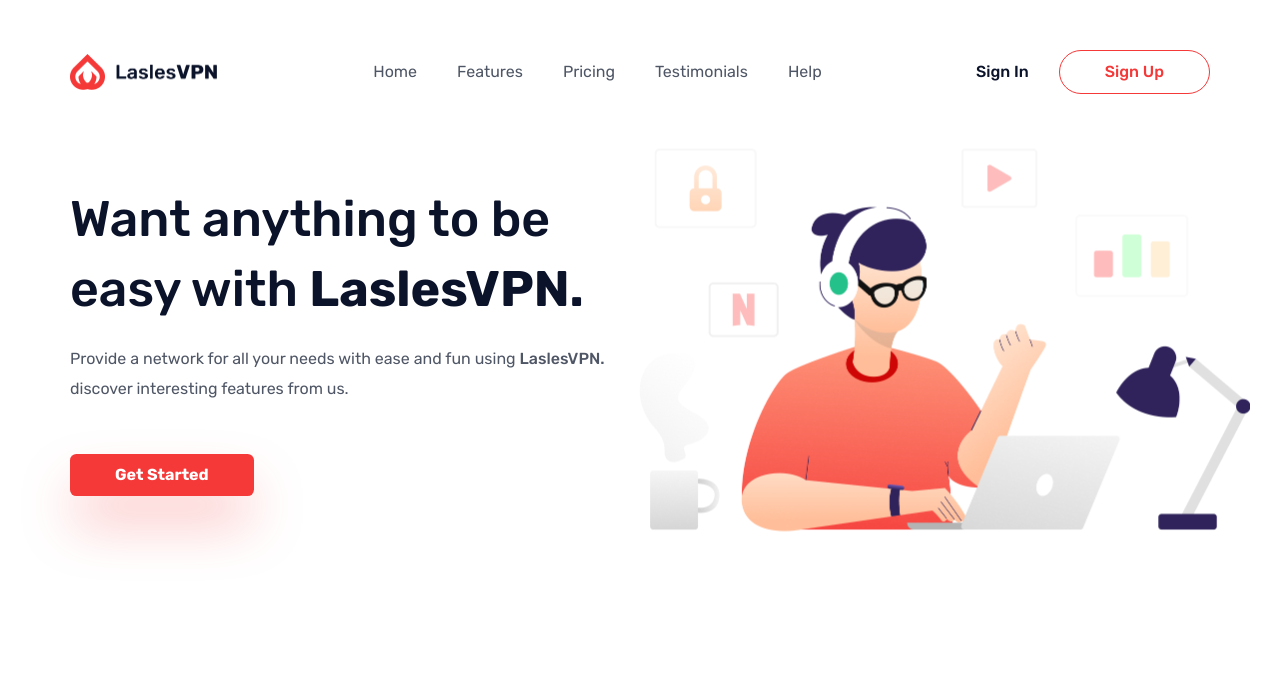
Repository: kebinh1235/lasles-demo
Page: index.html
The author's editor kept a copy of each file at every save. The page is drawn from the files as they stood at one save, then again after the next save.
The browser window is 1280 px wide. The pictures show the whole page.
The style sheet was rebuilt from its Sass, Less or Tailwind sources for each picture, by a compiler version that may differ from the author's.

Above is the page before, as saved 2021-10-31 00:19:26.

### index.html
<!DOCTYPE html>
<html lang="en">
<head>
  <meta charset="UTF-8">
  <meta http-equiv="X-UA-Compatible" content="IE=edge">
  <meta name="viewport" content="width=device-width, initial-scale=1.0">
  <title>Lales VPN</title>
  <!-- Google Font -->
  <link rel="preconnect" href="https://fonts.googleapis.com">
  <link rel="preconnect" href="https://fonts.gstatic.com" crossorigin>
  <link href="https://fonts.googleapis.com/css2?family=Nunito:wght@300;400&family=Rubik:wght@400;500;700&display=swap" rel="stylesheet">
  <!-- CSS -->
  <link rel="stylesheet" href="./css/app.css">
</head>
<body>
  <div class="wrapper">
    <header class="header">
      <div class="container">
        <div class="header__container">
          <img class="header__logo" srcset="./images/logo.png 2x" alt="Logo">
          <ul class="menu">
            <li class="menu-item">
              <a href="#" class="menu-link">Home</a>
            </li>
            <li class="menu-item">
              <a href="#" class="menu-link">Features</a>
            </li>
            <li class="menu-item">
              <a href="#" class="menu-link">Pricing</a>
            </li>
            <li class="menu-item">
              <a href="#" class="menu-link">Testimonials</a>
            </li>
            <li class="menu-item">
              <a href="#" class="menu-link">Help</a>
            </li>
          </ul>
          <div class="header__auth">
            <a href="#" class="header__auth-signin">Sign In</a>
            <a href="#" class="btn btn__outline">Sign Up</a>
          </div>
        </div>
      </div>
    </header>
    <main>
      <section class="hero">
        <div class="container">
          <div class="hero__container">
            <div class="hero__content">
              <h1 class="hero__title">
                Want anything to be easy with <strong>LaslesVPN.</strong>
              </h1>
              <p class="hero__desc">Provide a network for all your needs with ease and fun using <strong>LaslesVPN.</strong> discover interesting features from us.</p>
              <a href="#" class="btn btn__primary">Get Started</a>
            </div>
            <div class="hero__img">
              <img srcset="./images/hero.png 2x" alt="">
            </div>
          </div>
        </div>
      </section>
      <section class="intro">
        <div class="container">
          <div class="intro__container">

          </div>
        </div>
      </section>
    </main>
  </div>
</body>
</html>

### sass/app.scss
@import "variables";
@import "global";
@import "reset";
@import "header";
@import "hero";

### sass/_variables.scss
$font: "Rubik", sans-serif;
$text-color: #4f5665;
$heading-color: #0b132a;
$primary-color: #f53838;
$gray-color: #DDE0E4;
$white-color: #fff;

### sass/_global.scss
.wrapper {
  max-width: 1440px;
  margin: 0 auto;
}
.container {
  max-width: 1170px;
  padding: 0 15px;
  margin: 0 auto;
}
body {
  font-family: $font;
  color: $text-color;
  line-height: 1;
  font-weight: 400;
}
.btn {
  display: inline-block;
  padding: 13px 45px;
  border-radius: 100rem;
  font-family: $font;
  line-height: 1;
  font-weight: 500;
  cursor: pointer;
  &__primary {
    background: $primary-color;
    font-weight: 700;
    color: $white-color;
    box-shadow: 0 2px 2px ;
    border-radius: 0.4rem;
    box-shadow: 0 30px 54px -5px rgba(245, 56, 56, 0.35);
    &:hover {
      background: $white-color;
      transition: all .3s linear;
      color: $primary-color;
      border: 1px solid;
    }
  }
  &__outline {
    background: transparent;
    color: $primary-color;
    border: 1px solid $primary-color;
    font-weight: 500;
    &:hover {
      background: $primary-color;
      transition: all .3s linear;
      color: $white-color;
    }
  }
}

### sass/_reset.scss
html {
box-sizing: border-box;
}
* {
  margin: 0;
  padding: 0;
  text-decoration: none;
  list-style: none;
}
*,*:before,*:after {
box-sizing: border-box;
}
input,
textarea,
select,
button{
outline: none;
}
input{
line-height: normal;
}
label,
button{
cursor: pointer;
}
a {
text-decoration: none;
}
img {
display: block;
max-width: 100%;
}

### sass/_header.scss
.header {
  padding-top: 50px;
  padding-bottom: 90px;
  &__container {
    display:flex;
    justify-content: space-between;
    align-items: center;
  }
  &__auth {
    display:flex;
    align-items: center;
    gap: 0 30px;
    text-transform: capitalize;
    font-weight: 500;
    &-signin {
      color: $heading-color;
    }
    &-signup {
      color: $primary-color;
      border: 1px solid $primary-color;
      padding: 13px 45px;
      border-radius: 100rem;
    }

  }
}
.menu {
  display: flex;
  align-self: center;
  gap: 0 40px;
  &-link {
    color: inherit;
  }
}

### sass/_hero.scss
.hero {
  padding-bottom: 100px;
  &__container {
    display:flex;
    justify-content: space-between;
    align-items: center;
    gap: 0 40px;
    position: relative;
  }
  &__content {
    width: 100%;
    max-width: 555px;
  }
  &__title {
    font-size: 50px;
    font-weight: 500;
    margin-bottom: 20px;
    line-height: calc(70 / 50);
    color: $heading-color;
  }
  &__desc {
    flex-shrink: 0;
    line-height: calc(30 / 16);
    margin-bottom: 50px;
    strong {
      font-weight: 500;
    }
  }
  &__img {
    position: absolute;
    top: 50%;
    transform: translate(40px, -50%);
    right: 0;
  }
}
@media (max-width: 1023px) {
  .hero__container {
    flex-direction: row;
  }
}

After the next save:
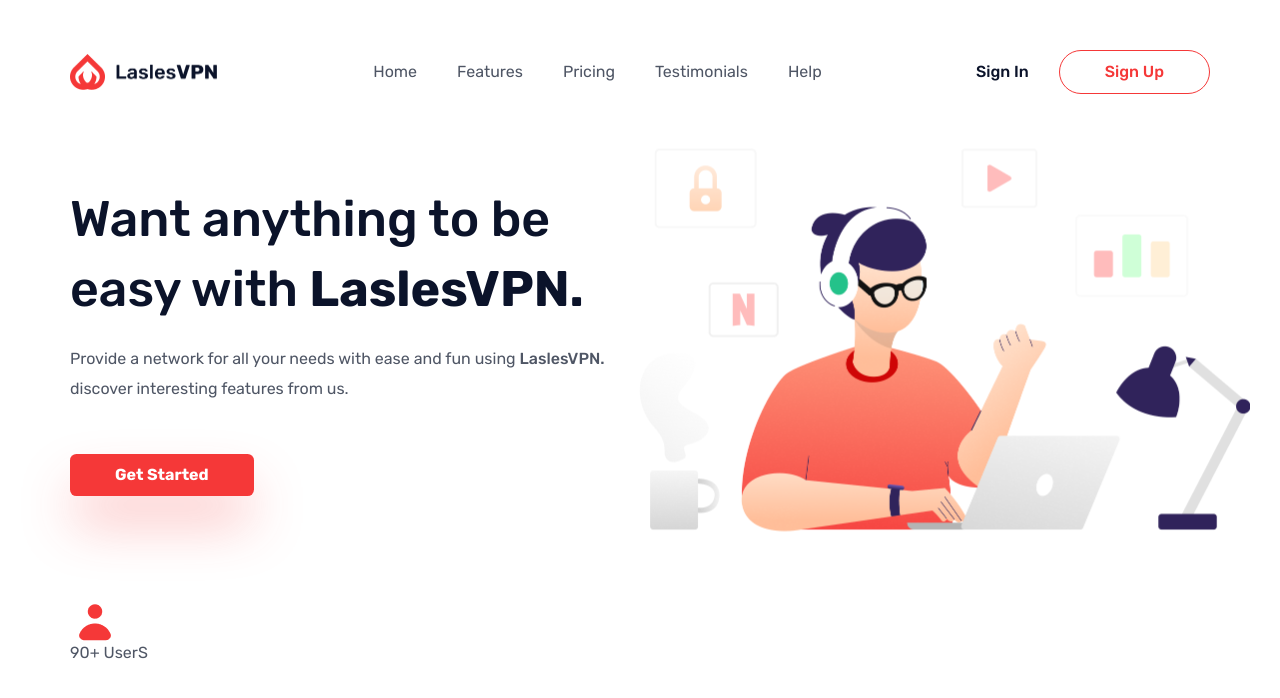
Saved 9 min 7 s later.
--- a/index.html
+++ b/index.html
@@ -62,7 +62,13 @@
       <section class="intro">
         <div class="container">
           <div class="intro__container">
-
+            <div class="intro__item">
+              <img class="intro__img" src="./images/Icon/Group 1216.png" alt="">
+              <div class="intro__desc">
+                <span>90+</span>
+                <span>UserS</span>
+              </div>
+            </div>
           </div>
         </div>
       </section>
